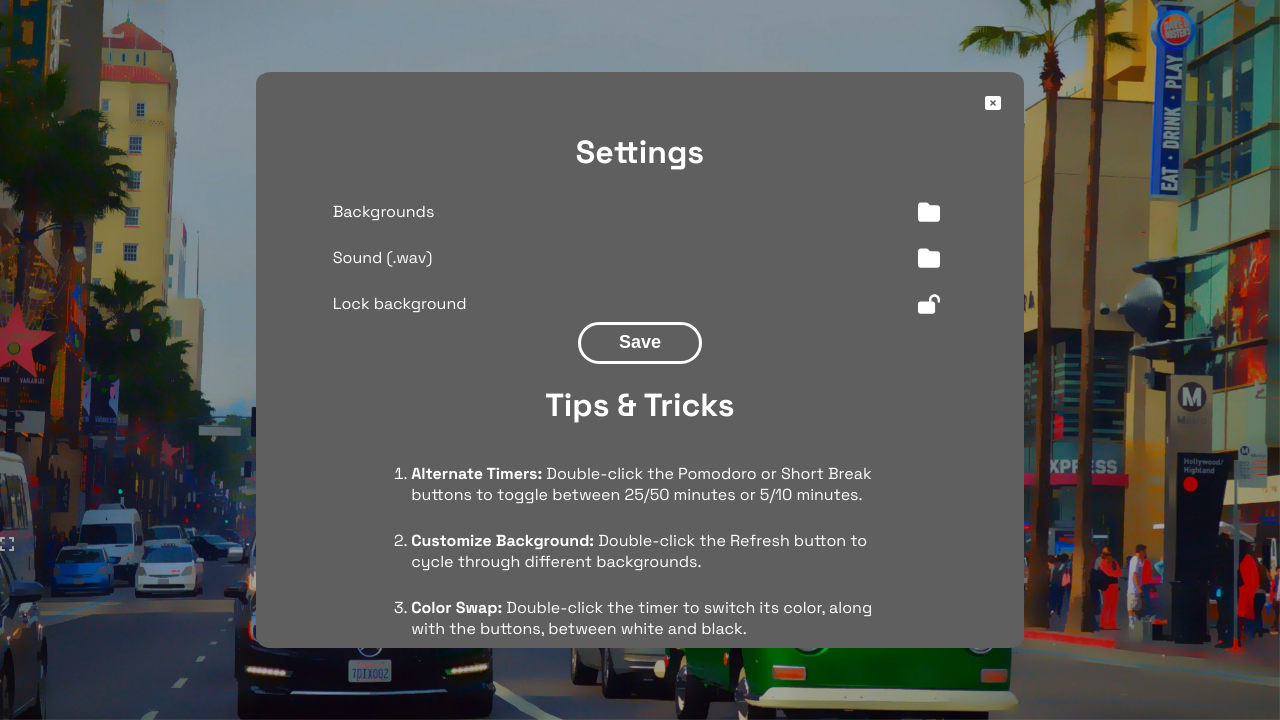
Repository: ttommytan/pomodoro
Page: /, after clicking the first element matching `svg.fa-gear`
The author's editor kept a copy of each file at every save. The page is drawn from the files as they stood at one save, then again after the next save.
The browser window is 1280 px wide. The pictures show the whole page.
The project was rebuilt for these pictures with package versions that can differ from the ones it lists, and the page was loaded fresh each time. Also part of the build but not shown: vite.config.js, src/components/Test.jsx, src/components/SliderComponent.jsx. Imported but missing from the stored project, and not drawn on this page: src/assets/chime.wav.

Above is the page before, as saved 2024-08-28 01:42:45.

After the next save:
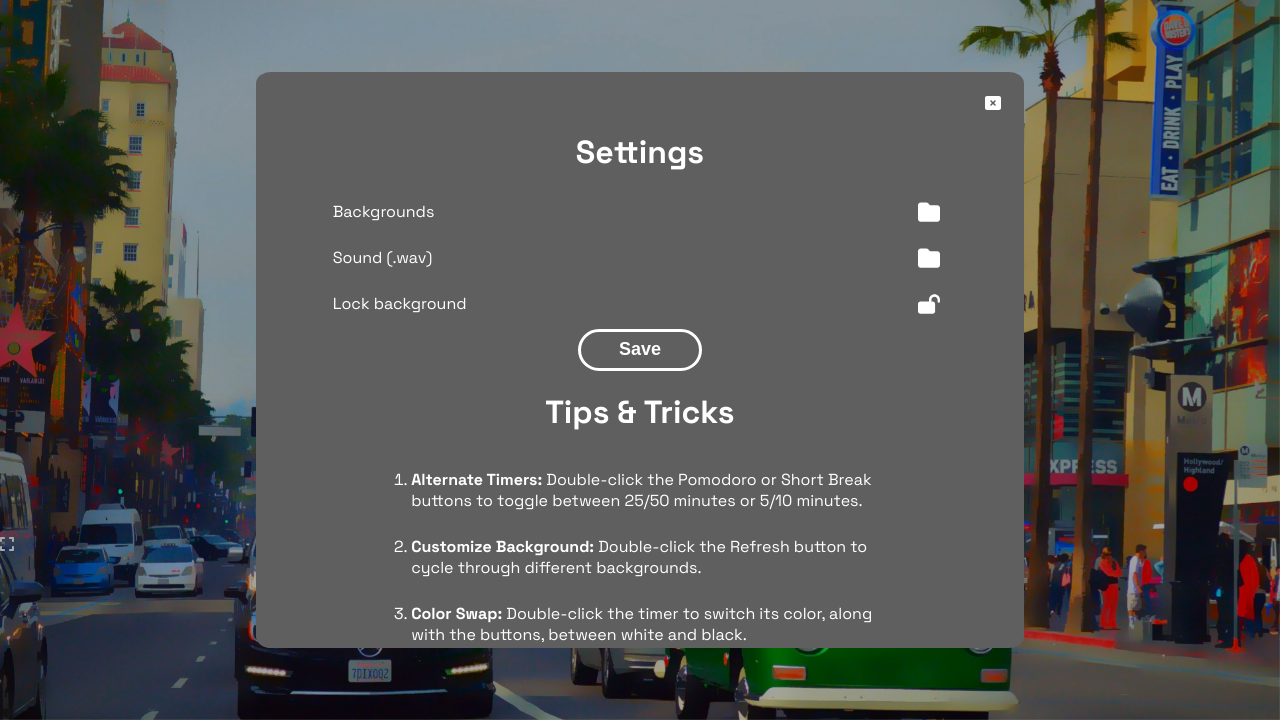
Saved 5 s later.
--- a/src/index.css
+++ b/src/index.css
@@ -374,7 +374,7 @@
   margin-bottom: 15%;
 }*/
 .save{
-  margin-top: ;
+  margin-top: 5%;
 }
 .save:hover, .exit:hover{
   cursor: pointer;
